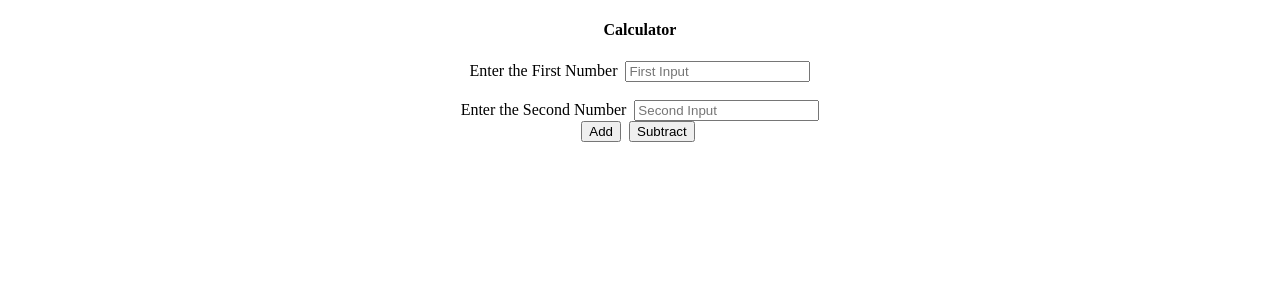
Repository: Shreyash1107/Intern_Projects
Page: Calculator/src/main/webapp/Calculator.html
These files come from the project's save history. The page is drawn as it stood at one moment and after the next save; the edit follows.
The browser window is 1280 px wide. The pictures show the whole page.

Above is the page before, as saved 2024-07-03 10:12:23.

### Calculator/src/main/webapp/Calculator.html
<!DOCTYPE html>
<html>
<head>
<meta charset="ISO-8859-1">
<title>Calculator</title>
</head>
<body>
		<center>
			<form>
				<div class="wrapper">
			<h4>Calculator</h4>
			<div class="container">
					<tr>
					<td>Enter the First Number</td>&nbsp;
						<td><input type="number" name="First" value="" placeholder="First Input"</td>
					</tr>
					<br><br>
					<tr>
						<td>Enter the Second Number</td>&nbsp;
						<td><input type="number" name="Second" value="" placeholder="Second Input"</td>
					</tr>
					<div class="Result">
					<input type="submit" name="a" value="Add">&nbsp;
					<input type="submit" name="b" value="Subtract">&nbsp;
					</div>
			</div>
		</div>
			</form>
		</center>
</body>
</html>

After the next save:
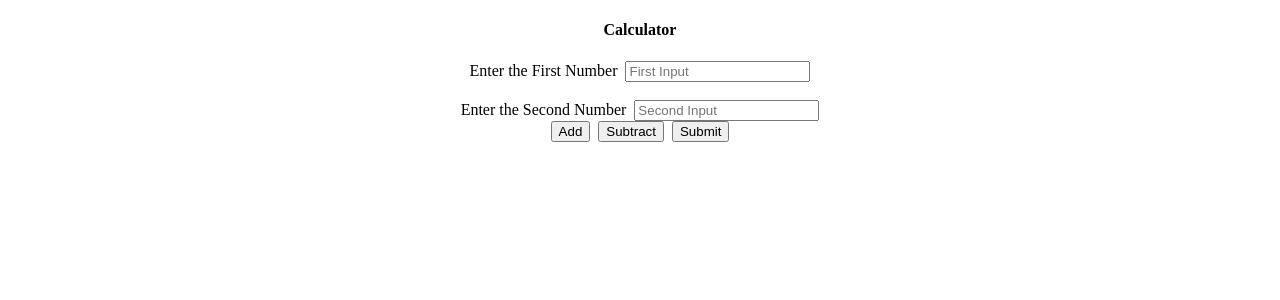
Saved 33 s later.
--- a/Calculator/src/main/webapp/Calculator.html
+++ b/Calculator/src/main/webapp/Calculator.html
@@ -22,6 +22,7 @@
 					<div class="Result">
 					<input type="submit" name="a" value="Add">&nbsp;
 					<input type="submit" name="b" value="Subtract">&nbsp;
+					<input type="submit" name=""
 					</div>
 			</div>
 		</div>
